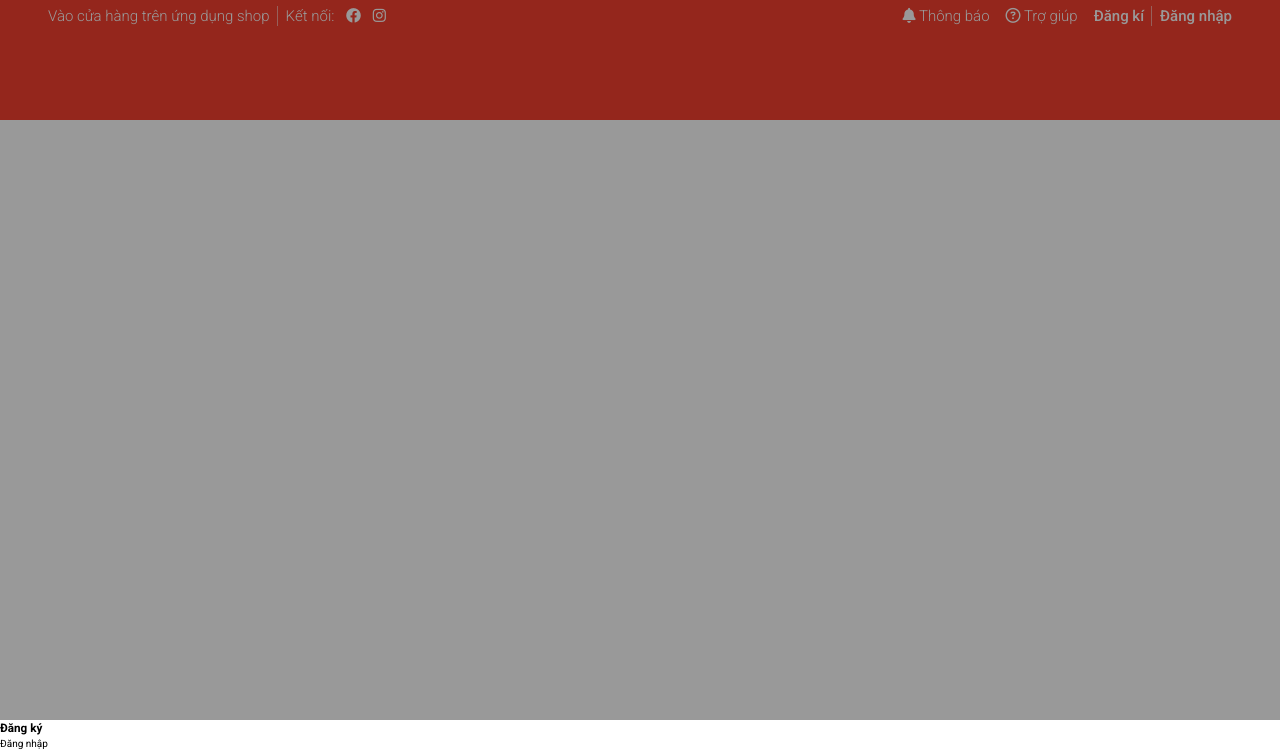
Repository: nguyenhoang2002062929/shoppee
Page: index.html
These files come from the project's save history. The page is drawn as it stood at one moment and after the next save; the edit follows.
The browser window is 1280 px wide. The pictures show the whole page.

Above is the page before, as saved 2023-06-19 22:56:25.

After the next save:
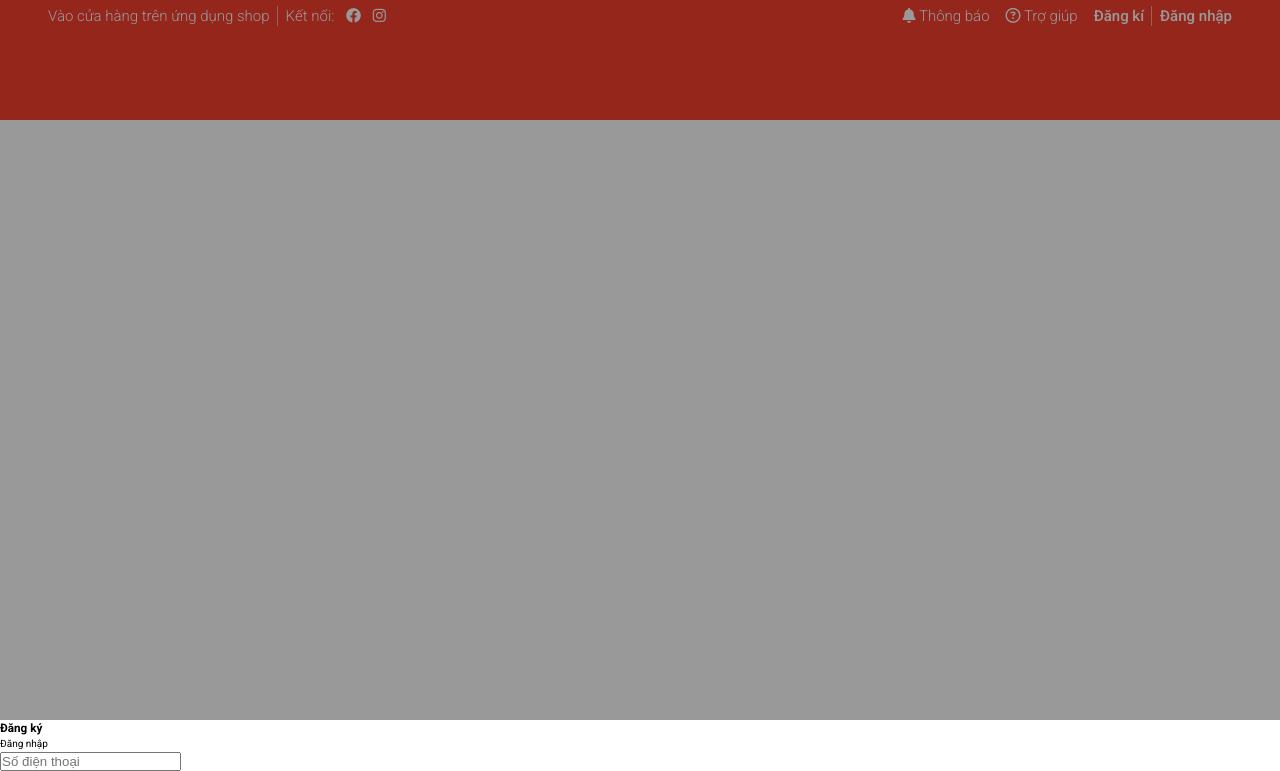
Saved 8 min 16 s later.
--- a/index.html
+++ b/index.html
@@ -106,6 +106,12 @@
                         <h3 class="auth-form__heading">Đăng ký</h3>
                         <span class="auth-form__switch-btn">Đăng nhập</span>
                     </div>
+                    <div class="auth-form__form">
+                        <div class="auth-form__group">
+                            <input type="text" class="auth-form__input" placeholder="Số điện thoại">
+                        </div>
+                    </div>
+
                 </div>
             </div>
         </div>
